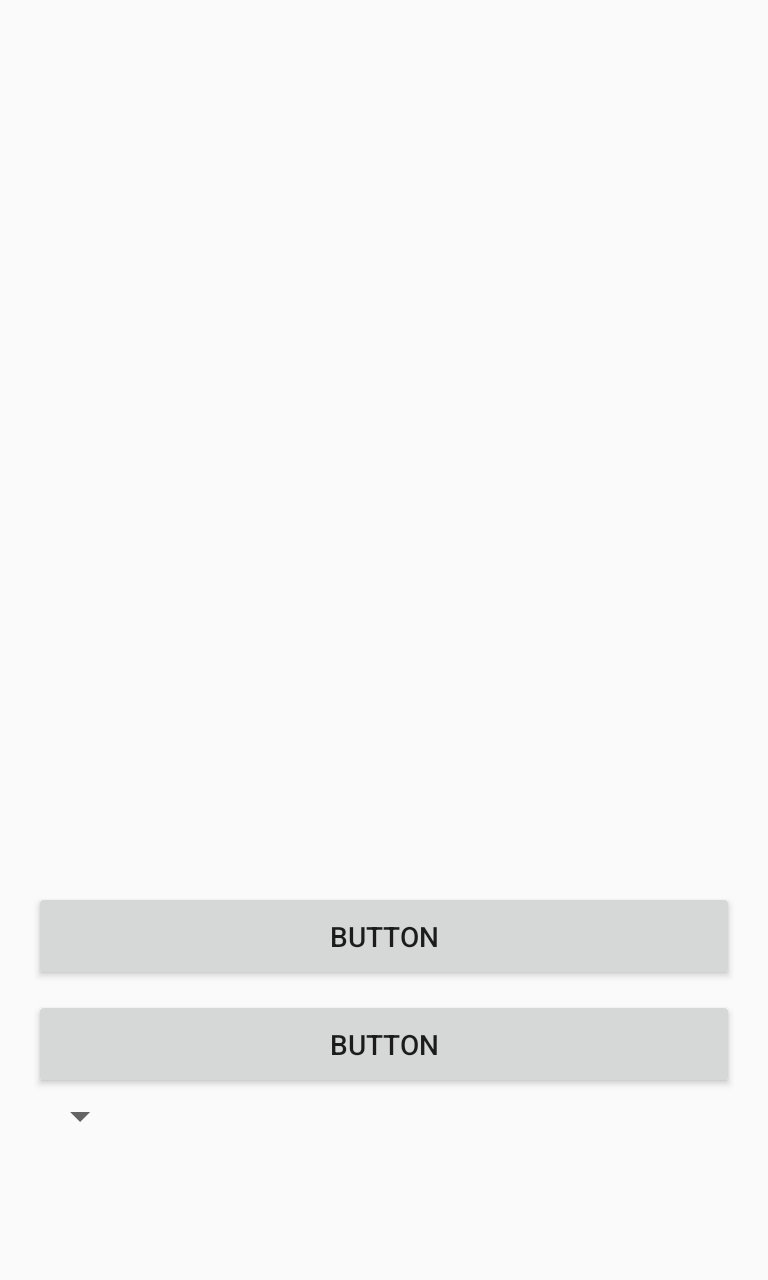
Repository: BananaGames/telecommProject
Layout: client/TelecommClient/res/layout/activity_main.xml
These files come from the project's save history. The layout is drawn as it stood at one moment and after the next save; the edit follows.
It is drawn on a 768 x 1280 px phone screen (xhdpi) without system bars, with theme AppTheme; the app's code is not run. Lists and similar views that code fills are empty.

Above is the layout before, as saved 2014-11-17 19:12:44.

After the next save:
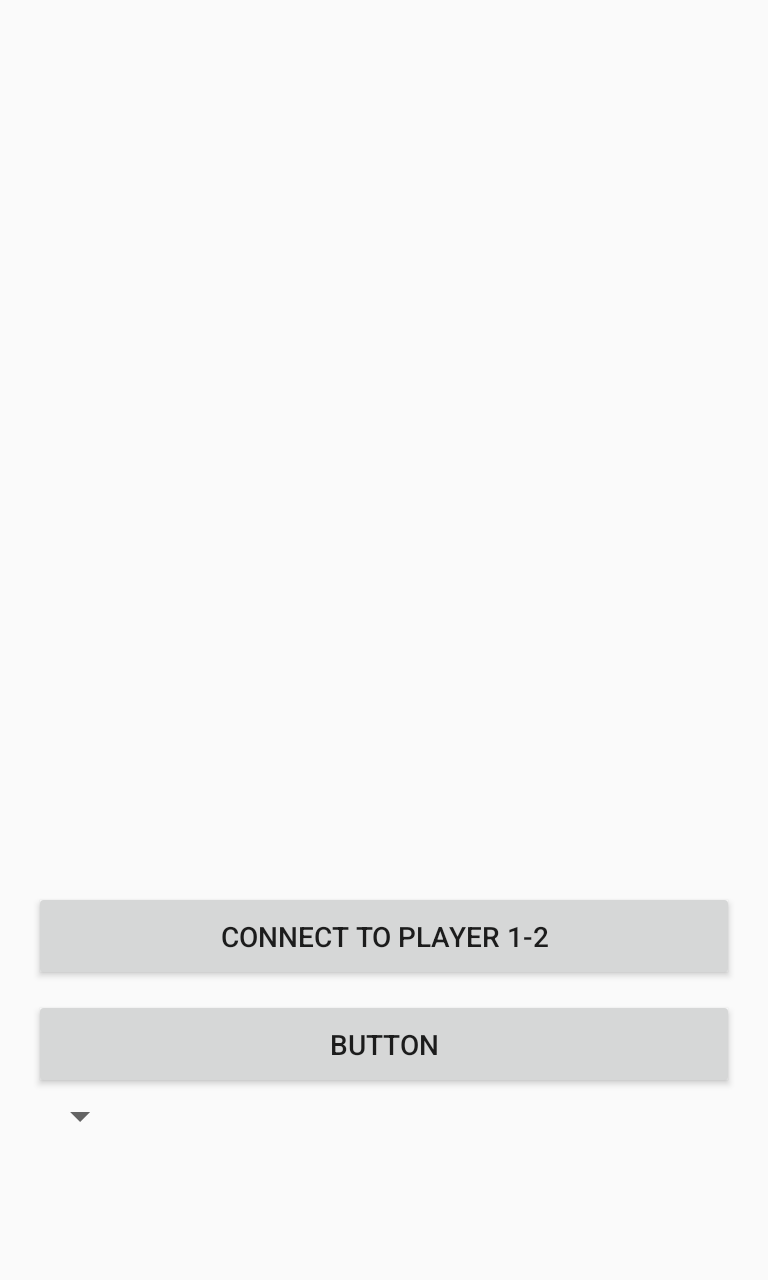
Saved 39 s later.
--- a/client/TelecommClient/res/layout/activity_main.xml
+++ b/client/TelecommClient/res/layout/activity_main.xml
@@ -26,7 +26,7 @@
         android:layout_alignParentBottom="true"
         android:layout_alignRight="@+id/gridView1"
         android:layout_marginBottom="132dp"
-        android:text="Button" />
+        android:text="@string/connect_string" />
 
     <Button
         android:id="@+id/button2"
